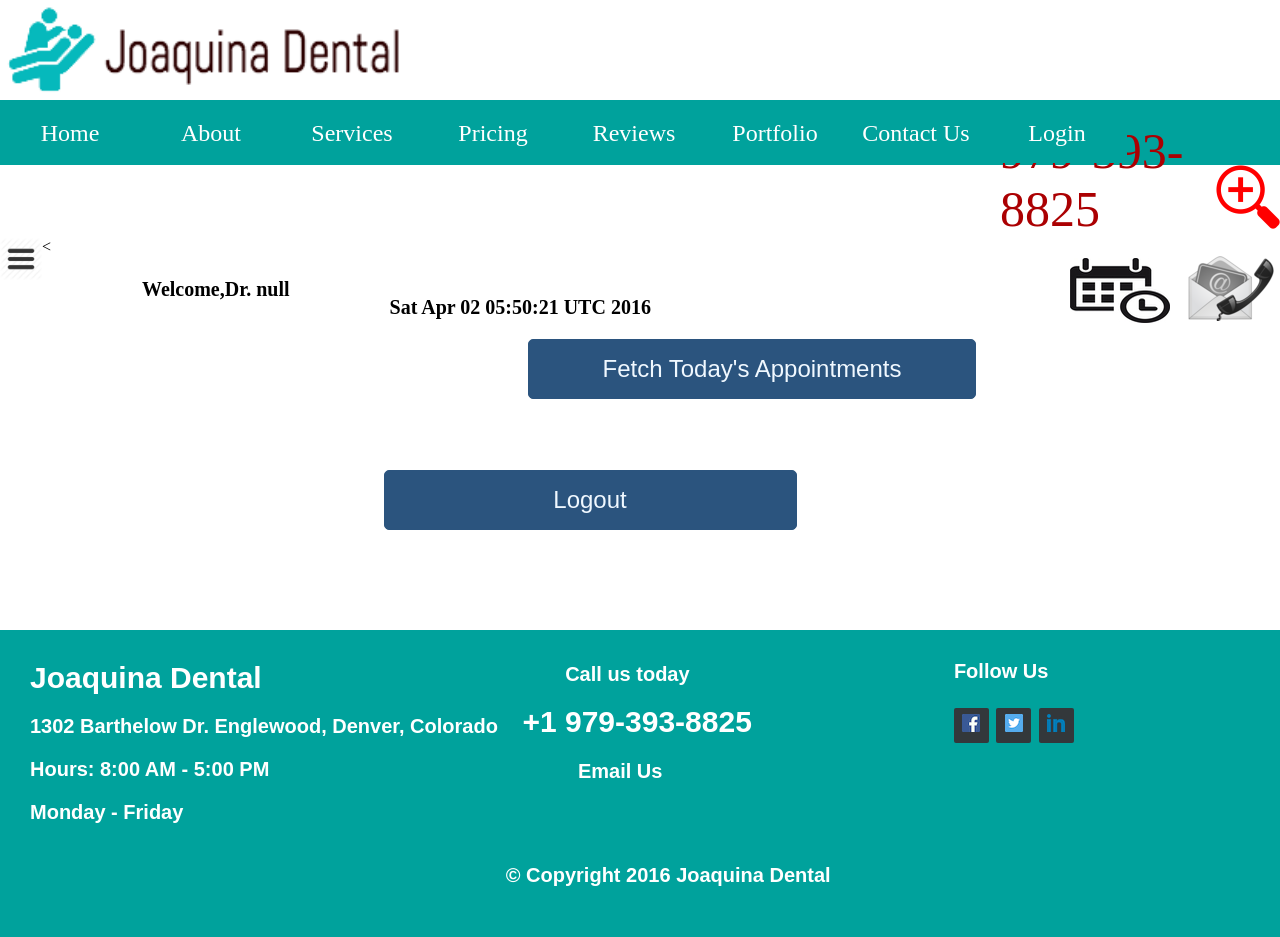
Repository: ManjushaBolishetty/test
Page: http://localhost/test/DentistHomePage.jsp
An editor plug-in stored every save of this project. The page is shown before and after the next save, followed by the edit.
The browser window is 1280 px wide. The pictures show the whole page.
The page is served by Tomcat 9.

Above is the page before, as saved 2016-04-03 07:45:00.

After the next save:
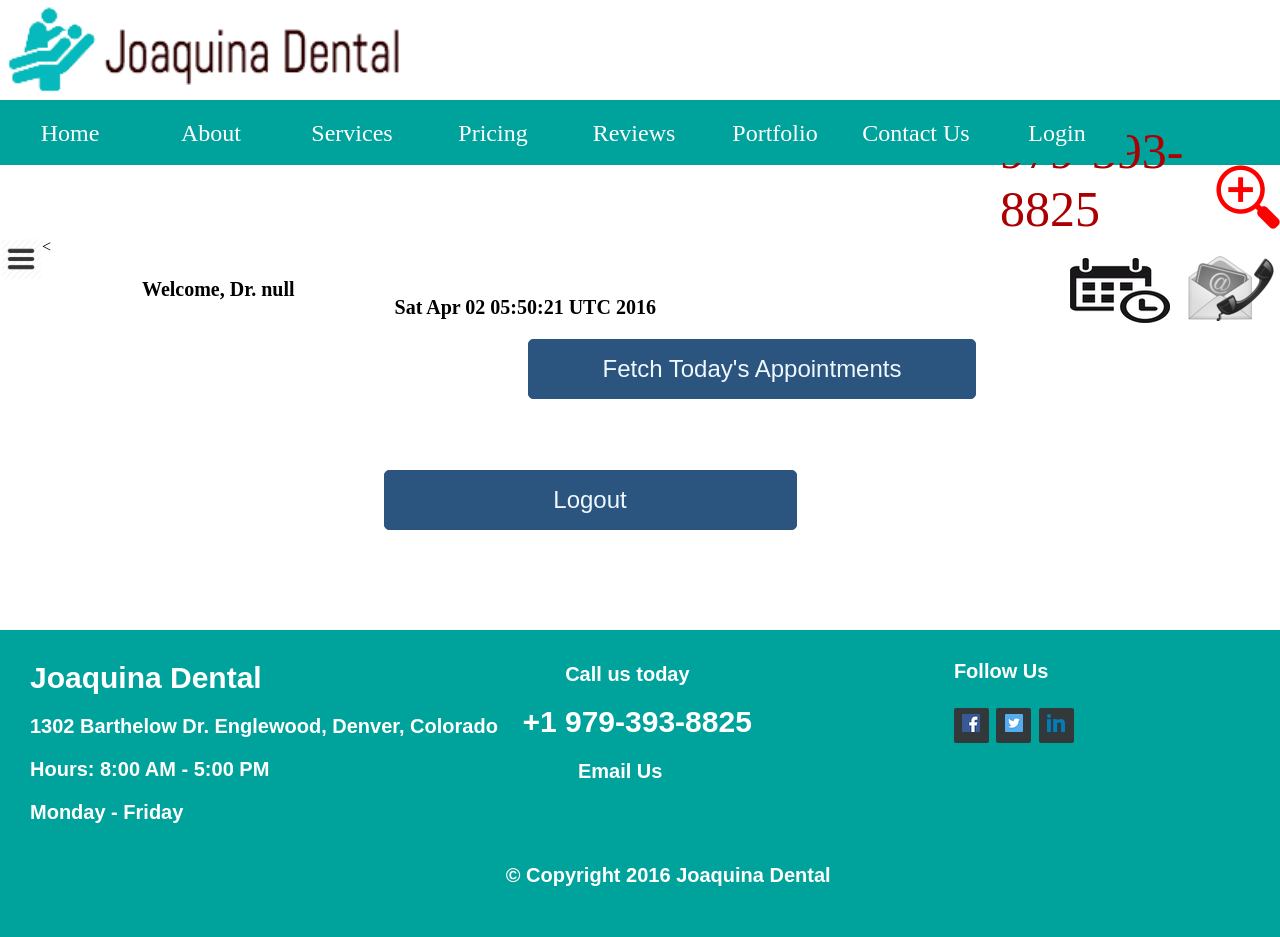
Saved 22 s later.
--- a/test/WebContent/DentistHomePage.jsp
+++ b/test/WebContent/DentistHomePage.jsp
@@ -14,7 +14,7 @@
 <div class="Logindate">
 <%
    Date date = new Date();
-   out.print("<h4 align=\"left\">" +"Welcome,Dr. " + session.getAttribute("Dentist_Name") + "</h4>");
+   out.print("<h4 align=\"left\">" +"Welcome, Dr. " + session.getAttribute("Dentist_Name") + "</h4>");
    out.print("</br><h4 align=\"left\">" + date.toString() + "</h4>");
 %>
 </div>
